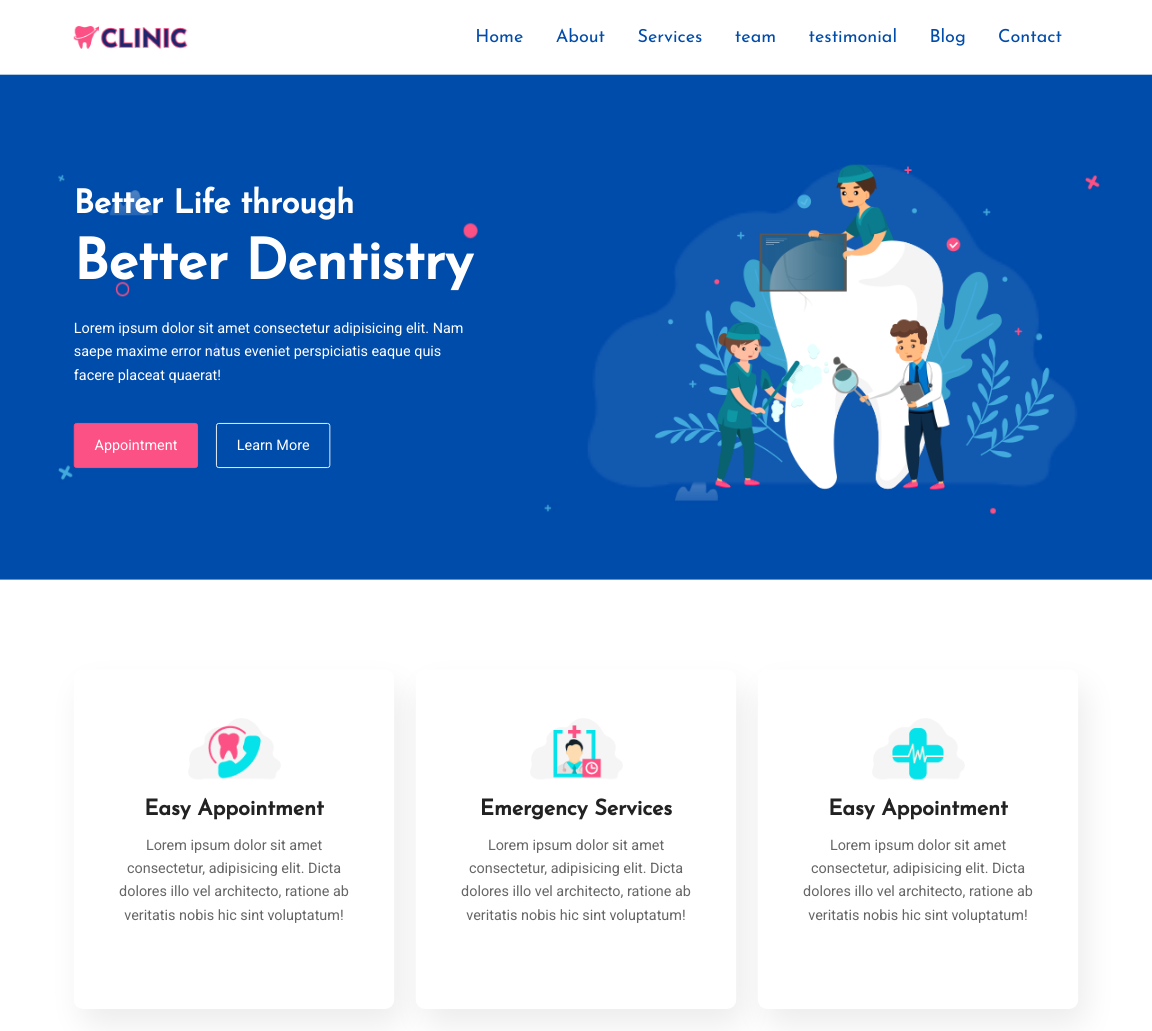
Repository: rsbappy/Project-13
Page: index.html
An editor plug-in stored every save of this project. The page is shown before and after the next save, followed by the edit.
The browser window is 1280 px wide. The pictures show the whole page, at 90% of full size.
Some web libraries are served in a nearby version.

Above is the page before, as saved 2022-08-19 11:30:00.
Console error: TypeError: Cannot read properties of null (reading 'classList')

### index.html
<!doctype html>
<html lang="en">

<head>
    <!-- Required meta tags -->
    <meta charset="utf-8">
    <meta name="viewport" content="width=device-width, initial-scale=1">

    <!-- favicon icon -->

    <link rel="icon" href="/images/favicon.png" type="image/x-icon">

    <!-- Bootstrap CSS -->
    <link href="https://cdn.jsdelivr.net/npm/bootstrap@5.0.2/dist/css/bootstrap.min.css" rel="stylesheet" integrity="sha384-EVSTQN3/azprG1Anm3QDgpJLIm9Nao0Yz1ztcQTwFspd3yD65VohhpuuCOmLASjC" crossorigin="anonymous">

    <!-- font-awesome icon -->
    <link rel="stylesheet" href="https://cdnjs.cloudflare.com/ajax/libs/font-awesome/6.1.2/css/all.min.css">

    <!-- style CSS -->
    <link rel="stylesheet" href="css/style.css">

    <!-- responsive-style CSS -->
    <link rel="stylesheet" href="/css/responsive-style.css">

    <title>Hotel Website</title>
</head>

<body data-bs-spy="scroll" data-bs-target=".navar" data-bs-offset="100">

    <!-- Navbar Section  -->
    <header class="header_wrapper">
        <nav class="navbar navbar-expand-lg ">
            <div class="container">
                <a class="navbar-brand" href="#">
                    <img src="/images/logo.png" class="img-fluid" alt="logo" srcset="">
                </a>
                <button class="navbar-toggler" type="button" data-bs-toggle="collapse" data-bs-target="#navbarNavAltMarkup" aria-controls="navbarNavAltMarkup" aria-expanded="false" aria-label="Toggle navigation">
                <!-- <span class="navbar-toggler-icon"></span> -->
                <i class="fa-solid fa-bars-staggered navbar-toggler-icon"></i>
              </button>
                <div class="collapse navbar-collapse justify-content-end" id="navbarNavAltMarkup">
                    <div class="navbar-nav menu_navbar_menu">
                        <li class="nav-item">
                            <a class="nav-link active" aria-current="page" href="#Home">Home</a>
                        </li>
                        <li class="nav-item">
                            <a class="nav-link" href="#About">About</a>
                        </li>
                        <li class="nav-item">
                            <a class="nav-link" href="#Services">Services</a>
                        </li>
                        <li class="nav-item">
                            <a class="nav-link" href="#team">team</a>
                        </li>
                        <li class="nav-item">
                            <a class="nav-link" href="#testimonial">testimonial</a>
                        </li>
                        <li class="nav-item">
                            <a class="nav-link" href="#Blog">Blog</a>
                        </li>
                        <li class="nav-item mt-3 mt-lg-0">
                            <a class="nav-link" href="#Contact">Contact</a>
                        </li>

                    </div>
                </div>
            </div>
        </nav>
    </header>
    <!-- Navbar Section exit -->

    <!-- Banner Section  -->
    <section id="home" class="home">
        <div class="banner_wrapper wrapper">
            <div class="container">
                <div class="row align-items-lg-center">
                    <div class="col-md-6 order-md-1 order-2">
                        <h3>
                            Better Life through
                        </h3>
                        <h1>
                            Better Dentistry
                        </h1>
                        <p> Lorem ipsum dolor sit amet consectetur adipisicing elit. Nam saepe maxime error natus eveniet perspiciatis eaque quis facere placeat quaerat!</p>
                        <a href="#" class="main-btn mt-4 fill-btn">Appointment </a>
                        <a href="#" class="main-btn mt-4 ms-3">Learn More </a>

                    </div>
                    <div class="col-md-6 order-md-2 order-1 mb-md-0 mb-5">
                        <div class="top-right-sec">
                            <div class="animate-img">
                                <img class="aimg1" src="./images/top-banner-img/woman-brush.png" alt="">
                                <img class="aimg2" src="./images/top-banner-img/doctor.png" alt="">

                            </div>
                            <img class="img-fluid ms-lg-5" src="./images/top-banner-img/top-right-img-1.png" alt="">

                        </div>
                    </div>
                </div>
            </div>
        </div>
        <div class="wrapper pb-0">
            <div class="container">
                <div class="row">
                    <div class="col-md-4 col-sm-4 mb-4">
                        <div class="card text-center">
                            <div class="icon-box">
                                <img src="/images/top-banner-img/Appointment-icon.png" alt="" srcset="">
                            </div>
                            <div>
                                <h4>
                                    Easy Appointment
                                </h4>
                                <p>Lorem ipsum dolor sit amet consectetur, adipisicing elit. Dicta dolores illo vel architecto, ratione ab veritatis nobis hic sint voluptatum!</p>
                            </div>
                        </div>
                    </div>
                    <div class="col-md-4 col-sm-4 mb-4">
                        <div class="card text-center">
                            <div class="icon-box">
                                <img src="/images/top-banner-img/Emergency-icon.png" alt="" srcset="">
                            </div>
                            <div>
                                <h4>
                                    Emergency Services
                                </h4>
                                <p>Lorem ipsum dolor sit amet consectetur, adipisicing elit. Dicta dolores illo vel architecto, ratione ab veritatis nobis hic sint voluptatum!</p>
                            </div>
                        </div>
                    </div>
                    <div class="col-md-4 col-sm-4 mb-4">
                        <div class="card text-center">
                            <div class="icon-box">
                                <img src="/images/top-banner-img/7-Service-icon.png" alt="" srcset="">
                            </div>
                            <div>
                                <h4>
                                    Easy Appointment
                                </h4>
                                <p>Lorem ipsum dolor sit amet consectetur, adipisicing elit. Dicta dolores illo vel architecto, ratione ab veritatis nobis hic sint voluptatum!</p>
                            </div>
                        </div>
                    </div>
                </div>
            </div>
        </div>
    </section>
    <!-- Banner Section exit -->

    <!-- about Section  -->
    <!-- about Section exit -->

    <!-- Services Section  -->
    <!-- Services Section exit -->

    <!-- team Section  -->
    <!-- team Section exit -->


    <!-- Gallery Section  -->
    <!-- Gallery Section exit -->

    <!-- Testimonial Section  -->
    <!-- Testimonial Section exit -->


    <!-- Testimonial Section  -->
    <!-- Testimonial Section exit -->


    <!-- Appointment Section  -->
    <!-- Appointment Section exit -->

    <!-- Blog Section  -->
    <!-- Blog Section exit -->

    <!-- Footer Section  -->
    <!-- Footer Section exit -->










    <!-- Popper js  -->
    <source src="https://cdn.jsdelivr.net/npm/@popperjs/core@2.9.2/dist/umd/popper.min.js" type="">


    <!-- Bootstrap js  -->

    <script src="https://cdn.jsdelivr.net/npm/bootstrap@5.0.2/dist/js/bootstrap.bundle.min.js" integrity="sha384-MrcW6ZMFYlzcLA8Nl+NtUVF0sA7MsXsP1UyJoMp4YLEuNSfAP+JcXn/tWtIaxVXM" crossorigin="anonymous"></script>



</body>

</html>

### css/style.css
/* TABLE OF CONTENTS */


/*------------------
1. General
2. Navbar
3. Banner
4. About
5. Services
6. Team
7. Gallery
8. Testimonial
9. Blog
10.Footer
------------------*/


/* 1 General */

@import url('https://fonts.googleapis.com/css2?family=Josefin+Sans&display=swap');
@import url('https://fonts.googleapis.com/css2?family=Roboto&display=swap');
* {
    box-sizing: border-box;
    margin: 0;
    padding: 0;
}

:root {
    /* background  */
    --primary-color: #004caa;
    --secondary-color: #fc5185;
    --bg-light-blue: #3672bc;
    --bg-dark: #666;
    --bg-white: #fff;
    /* Text Style  */
    --primary-front: 'Roboto', sans-serif;
    --secondary-front: 'Josefin Sans', sans-serif;
    --primary-text: #004caa;
    --secondary-text: #fc5185;
    --text-white: #fff;
    --text-black: #222;
    --text-gray: #666;
    --text-algin: #ddd;
}

body {
    font-family: var(--primary-front);
    background-color: var(--bg-white);
}

a {
    text-decoration: none;
}

::-webkit-scrollbar {
    width: .375rem;
}

::-webkit-scrollbar-track {
    background: var(--bg-light-blue);
}

::-webkit-scrollbar-thumb {
    background: var(--secondary-color);
}

.wrapper {
    padding: 6.25rem 0;
}

.main-btn {
    display: inline-block;
    border: 0.0725rem solid var(--bg-white);
    color: var(--text-white);
    text-align: center;
    padding: .75rem 1.375rem;
    font-size: 1rem;
    background: transparent;
    text-transform: capitalize;
    border-radius: .1875rem;
    transition: all .3s ease-in-out;
}

.main-btn:hover {
    background-color: var(--secondary-color);
    border-color: var(--secondary-color);
    color: var(--text-white);
}

.fill-btn {
    background-color: var(--secondary-color);
    border-color: var(--secondary-color);
    color: var(--text-white);
}

.fill-btn:hover {
    background-color: var(--bg-white);
    border-color: var(--bg-white);
    color: var(--text-black);
}

h1 {
    font-size: 3.875rem;
    margin-bottom: 1.2rem;
    font-weight: 600;
    color: var(--text-white);
    font-family: var(--secondary-front);
}

h2 {
    font-size: 2.875rem;
    font-weight: 600;
    color: var(--text-white);
    font-family: var(--secondary-front);
}

h3 {
    font-size: 2.25rem;
    font-weight: 600;
    color: var(--text-white);
    font-family: var(--secondary-front);
}

h4 {
    font-size: 1.5rem;
    font-weight: 600;
    line-height: 2.25rem;
    margin-top: 1rem;
    color: var(--text-black);
    font-family: var(--secondary-front);
}

h5 {
    font-size: 1.5rem;
    font-weight: 500;
    line-height: 1.2rem;
    color: var(--primary-text);
    margin-bottom: .9375rem;
    font-family: var(--secondary-front);
}

h5 {
    font-size: .875rem;
    font-weight: 300;
    color: var(--text-black);
    text-transform: uppercase;
    font-family: var(--secondary-front);
}

p {
    font-size: 1rem;
    line-height: 1.625rem;
    color: var(--text-gray);
}

.card {
    border-radius: .625rem;
    background-color: var(--text-white);
    box-shadow: .5084rem 1.1419rem 2.2rem 0 rgb(0 0 0/8%);
    padding: 3.375rem 3.125rem 4.6875rem;
    transition: all .4s;
    border: 0;
}

@keyframes movebounce {
    0% {
        --webkit-transform: translateY(0);
        transform: translateY(0);
    }
    50% {
        --webkit-transform: translateY(1.25rem);
        transform: translateY(1.25rem);
    }
    100% {
        --webkit-transform: translateY(0);
        transform: translateY(0);
    }
}


/*2 Navbar */

.header_wrapper .navbar {
    padding: .9375rem;
    background-color: transparent;
    transition: 0.3s ease-in-out;
}

.header_wrapper .navbar-toggler {
    border: 0;
    box-shadow: none;
    color: var(--text-black);
    line-height: 2;
}

.header_wrapper .nav-item {
    margin: 0 .625rem;
}

.header_wrapper .nav-item .nav-link {
    font-size: 1.25rem;
    font-weight: 400;
    color: var(--primary-text);
    display: inline-block;
    font-family: var(--secondary-front);
}

.header_wrapper .nav-item .nav-link:hover,
.header_wrapper .nav-item .nav-link:focus,
.header_wrapper .nav-item .nav-link .active {
    color: var(--secondary-text);
}

.navbar.header-scrolled {
    position: fixed;
    top: 0;
    left: 0;
    width: 100%;
    z-index: 999;
    background-color: var(--bg-white);
    box-shadow: .5084rem 1.1419rem 2.5rem 0 rgb(0 0 0/8%);
    transition: 0.3s ease-in-out;
}


/*3 banner */

.banner_wrapper {
    background-image: url('/images/top-banner-img/Top-banner.jpg');
    background-position: center center;
    background-repeat: no-repeat;
    background-size: cover;
}

.banner_wrapper p {
    max-width: 80%;
    color: var(--text-white);
}

.banner_wrapper .top-right-sec {
    position: relative;
    background-image: url('/images/top-banner-img/top-right-bg.png');
    background-position: bottom;
    background-repeat: no-repeat;
    background-size: contain;
    display: flex;
    align-items: flex-end;
    justify-content: center;
}

.banner_wrapper .animate-img {
    position: absolute;
    bottom: 0;
    left: ;
}

### css/responsive-style.css
@media (max-width: 1199.5px) {
    /* custom  css */
    .card{
        padding: 2.5rem 1.875rem;

    }



    /* header */
    /* top banner */
    /* about */
    /* services*/
}


@media (max-width: 991px) {
    /* custom  css */
    .wrapper{
        padding: 3.125rem 0;
    }
    .main-btn{
        font-size: .875rem;
    }
    h1{
        font-size: 2.8125rem;
        margin-bottom: .625rem;
    }
    h2{
        font-size: 1.875rem;
    }
    h3{
        font-size: 1.5625rem;
    }
    h4{
        font-size: 1.25rem;
    }
    h5{
        font-size: 1.125rem;
    }

    p{
        font-size: .875rem;
        line-height: 1.35rem;

    }
    .card{
        padding: 1.875rem 1rem;
    }
    /* header */
    /* top banner */
    /* about */
    /* services*/
}

@media (max-width: 767px) {
    /* custom  css */
    .main-btn{
        font-size: .875rem;
    }
    h1{
        font-size: 2.5rem;
        margin-bottom: 2.5rem;
    }

    h5{
        font-size: 1.25rem;
    }



    /* header */
    /* top banner */
    /* about */
    /* services*/
}

@media (max-width: 360px) {
    /* custom  css */
    .card{
        padding: 2.5rem 1.875rem;

    }



    /* header */
    /* top banner */
    /* about */
    /* services*/
}

After the next save:
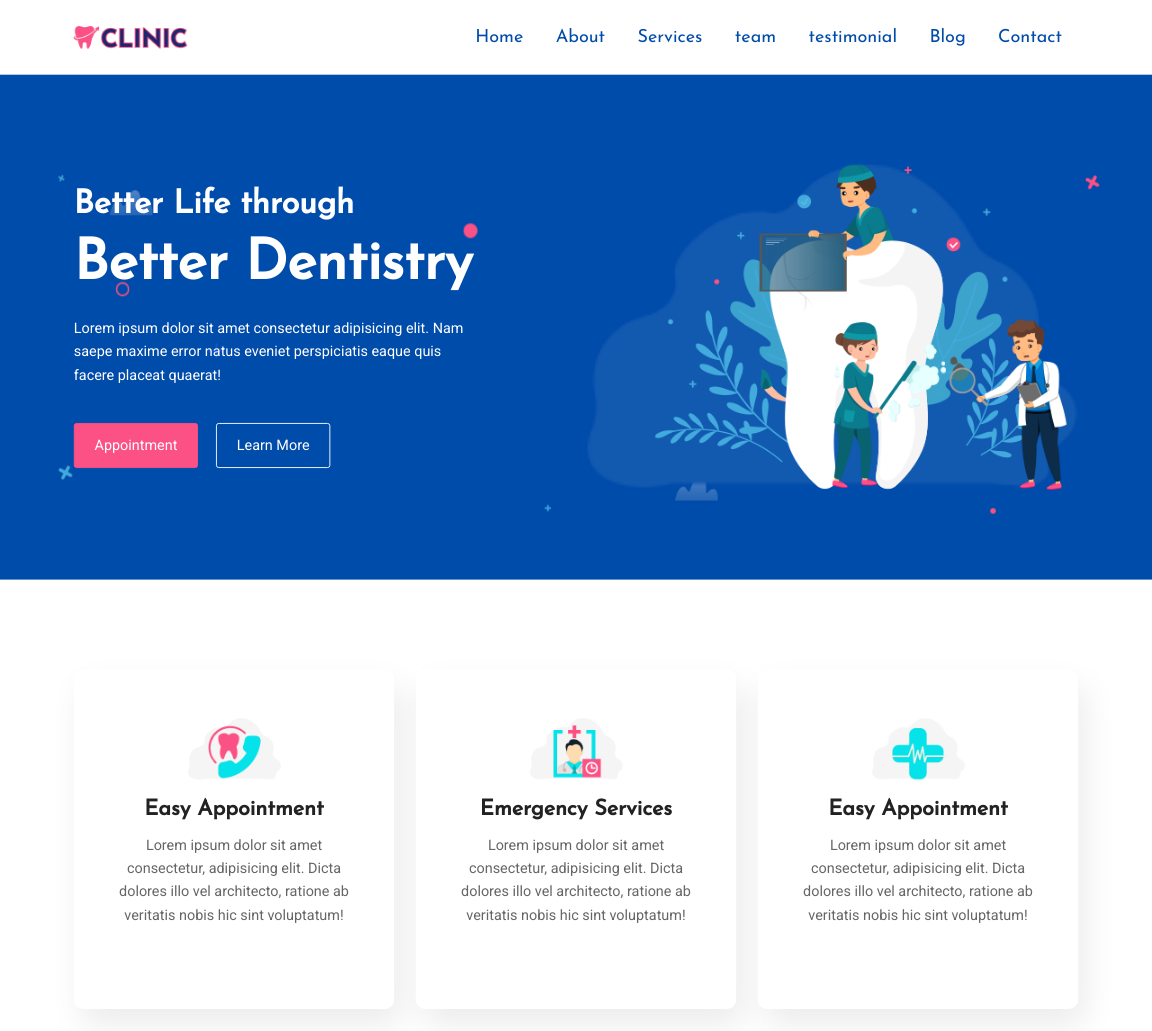
Saved 6 s later.
--- a/css/style.css
+++ b/css/style.css
@@ -251,5 +251,5 @@
 .banner_wrapper .animate-img {
     position: absolute;
     bottom: 0;
-    left: ;
-}
+    left: 50%;
+}

After the 3 saves that followed:
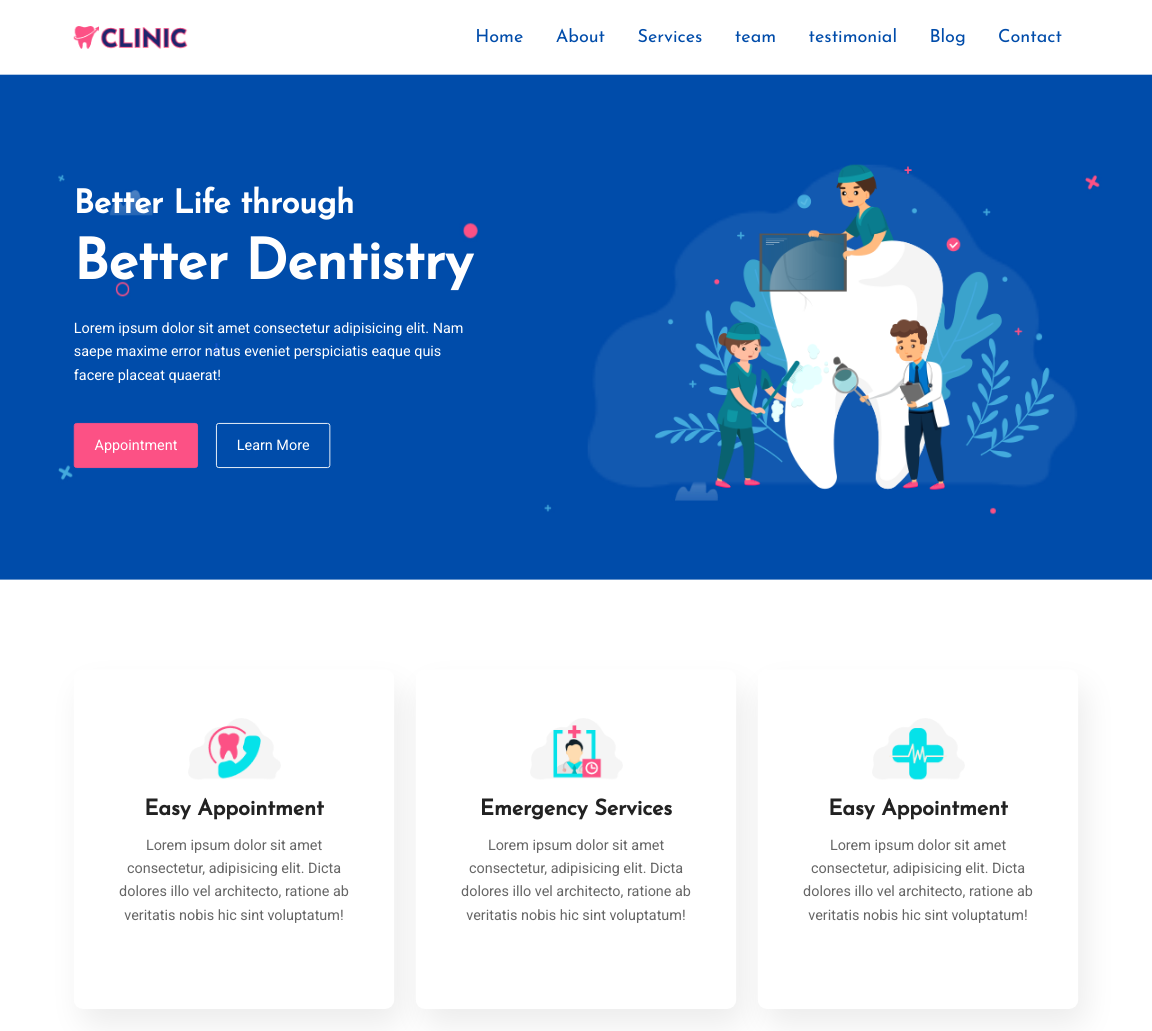
The 3 saves are shown as one change because 1 left the picture as it was and some came seconds apart.
The last was saved 18 s later.
--- a/css/style.css
+++ b/css/style.css
@@ -252,4 +252,5 @@
     position: absolute;
     bottom: 0;
     left: 50%;
-}
+    transform: translate(-50%);
+}
